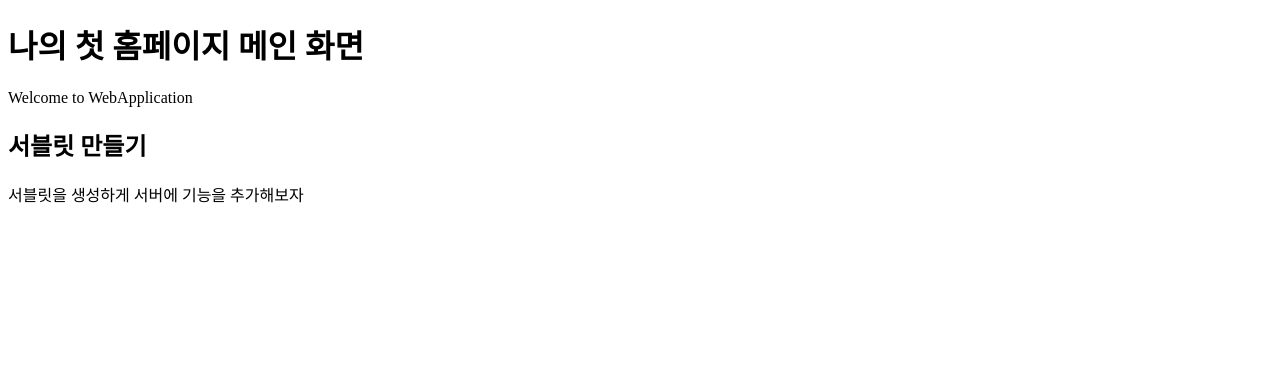
Repository: Jiwon-cho/WASPractice
Page: 01_basicservlet/web/index.html
These files come from the project's save history. The page is drawn as it stood at one moment and after the next save; the edit follows.
The browser window is 1280 px wide. The pictures show the whole page.

Above is the page before, as saved 2021-04-29 10:47:38.

After the next save:
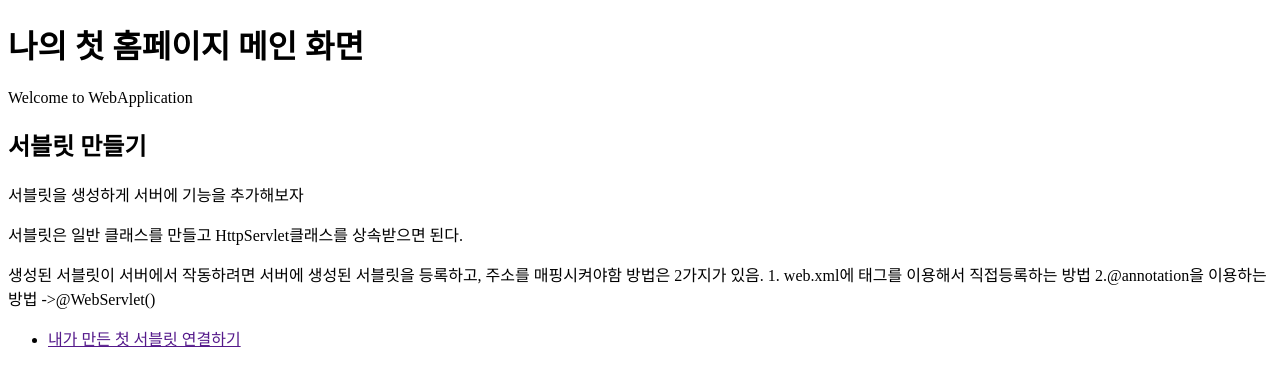
Saved 2 min 51 s later.
--- a/01_basicservlet/web/index.html
+++ b/01_basicservlet/web/index.html
@@ -9,6 +9,19 @@
 	<p>Welcome to WebApplication</p>
 	<h2>서블릿 만들기</h2>
 	<p>서블릿을 생성하게 서버에 기능을 추가해보자</p>
+	<p>서블릿은 일반 클래스를 만들고 HttpServlet클래스를 상속받으면 된다.</p>
+	<p>
+	생성된 서블릿이 서버에서 작동하려면 서버에 생성된 서블릿을 등록하고, 주소를 매핑시켜야함
+	방법은 2가지가 있음.
+	1. web.xml에 태그를 이용해서 직접등록하는 방법
+	2.@annotation을 이용하는 방법 ->@WebServlet()
+	</p>
+	<ul>
+	<li><a href="">내가 만든 첫 서블릿 연결하기</a>
+	</ul>
+
+
+
 
 </body>
 </html>
